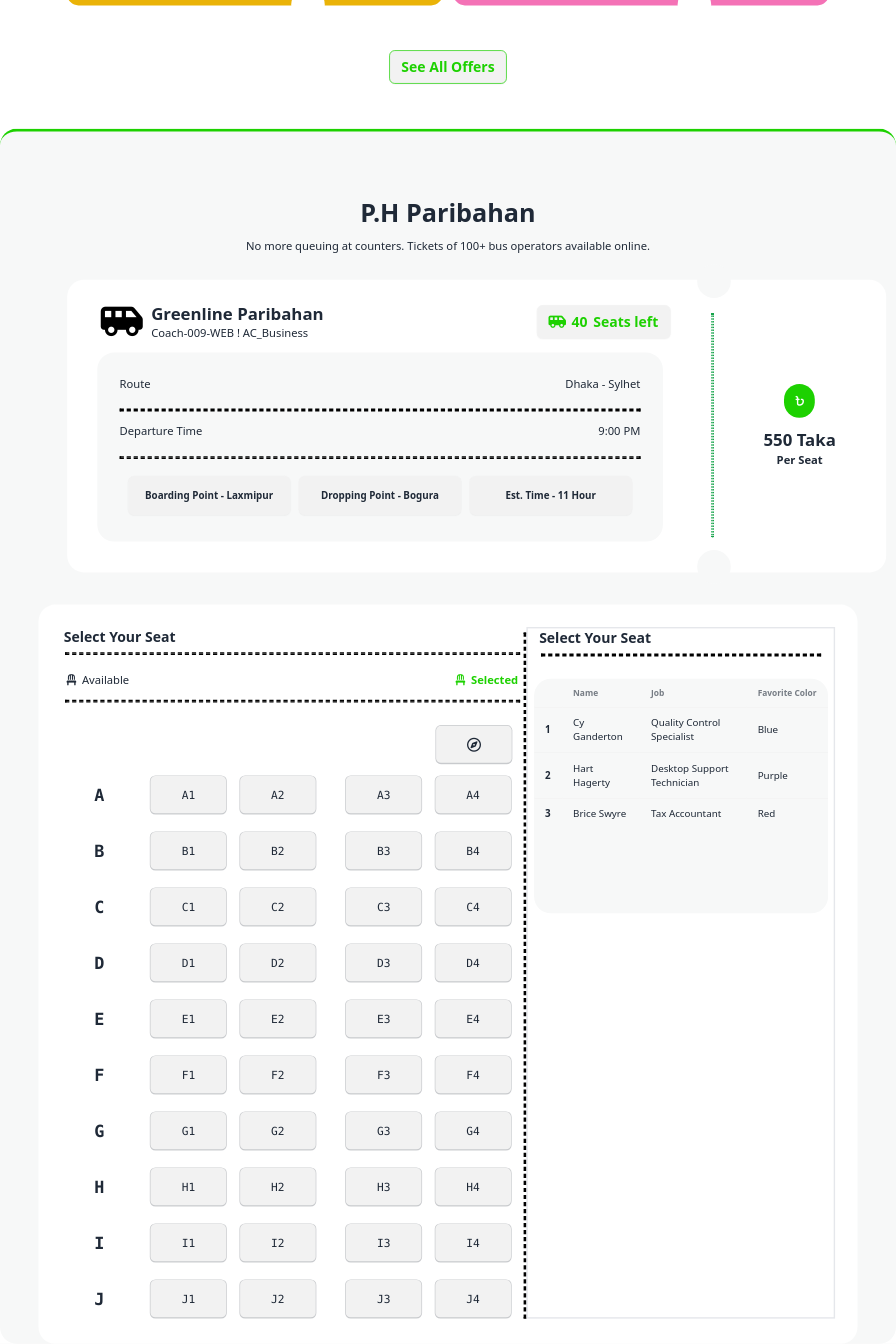
Repository: RudrasahaDibos/Smart-ticketing
Page: index.html
These files come from the project's save history. The page is drawn as it stood at one moment and after a run of saves; the edit follows.
The browser window is 1280 px wide. The pictures show the part of the page from y = 1134 to 3054 px (the page is 3054 px tall), at 70% of full size.
Some web fonts or font styles are not loaded; a fallback is used. Some web libraries are served in a nearby version.

Above is the page before, as saved 2024-11-10 15:53:41.

After the next 3 saves:
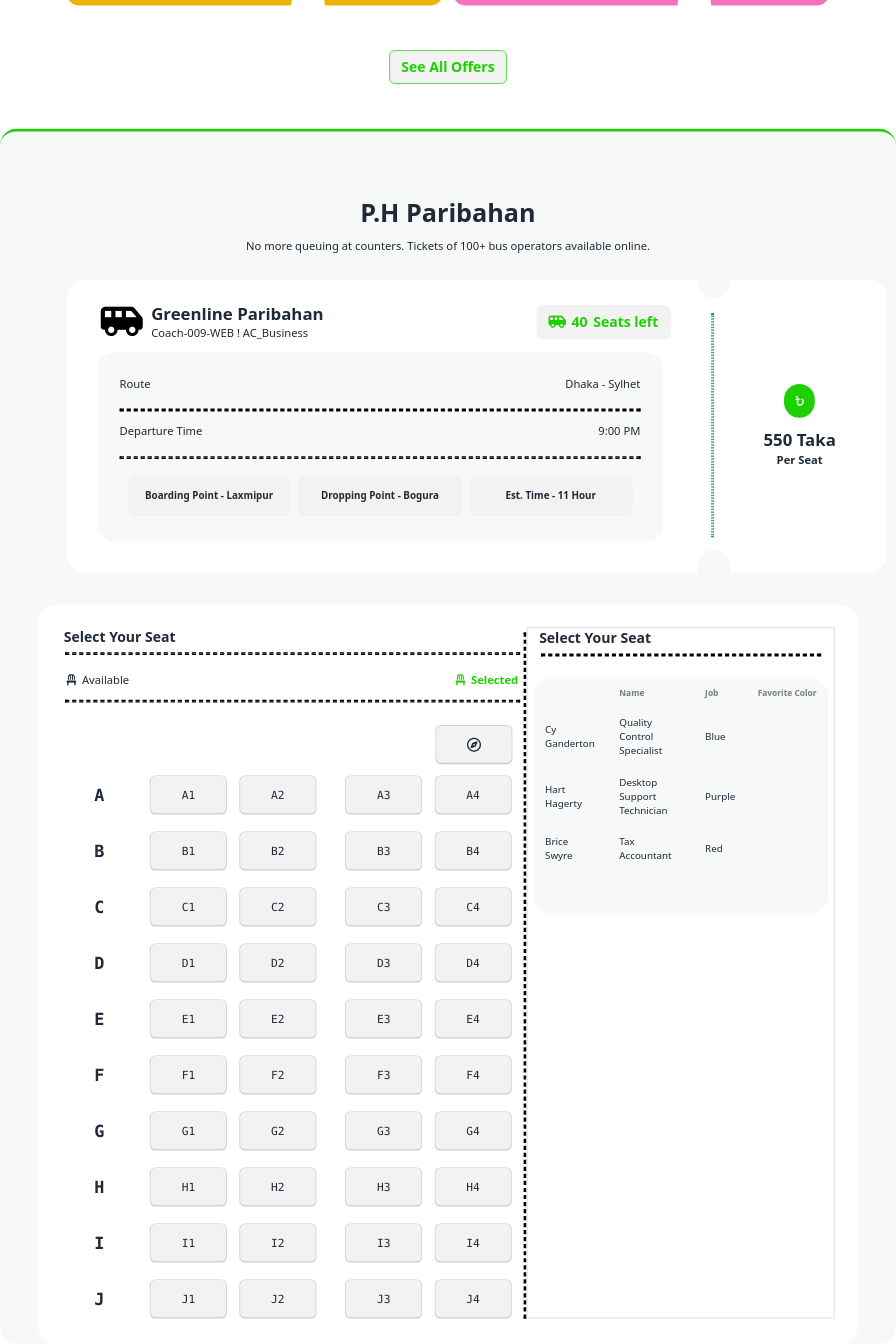
The 3 saves are shown as one change because they came seconds apart.
The last was saved 30 s later.
--- a/index.html
+++ b/index.html
@@ -449,21 +449,21 @@
                       <tbody>
                         <!-- row 1 -->
                         <tr>
-                          <th>1</th>
+
                           <td>Cy Ganderton</td>
                           <td>Quality Control Specialist</td>
                           <td>Blue</td>
                         </tr>
                         <!-- row 2 -->
                         <tr>
-                          <th>2</th>
+
                           <td>Hart Hagerty</td>
                           <td>Desktop Support Technician</td>
                           <td>Purple</td>
                         </tr>
                         <!-- row 3 -->
                         <tr>
-                          <th>3</th>
+
                           <td>Brice Swyre</td>
                           <td>Tax Accountant</td>
                           <td>Red</td>
